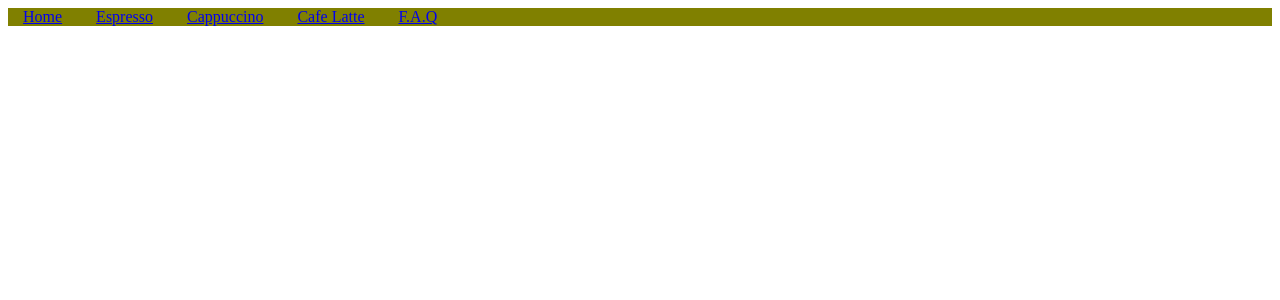
Repository: Gmajorlist/HTML
Page: css/src/main/webapp/06_cssDecorate/exam1.html
These files come from the project's save history. The page is drawn as it stood at one moment and after the next save; the edit follows.
The browser window is 1280 px wide. The pictures show the whole page.

Above is the page before, as saved 2023-03-16 03:02:35.

After the next save:
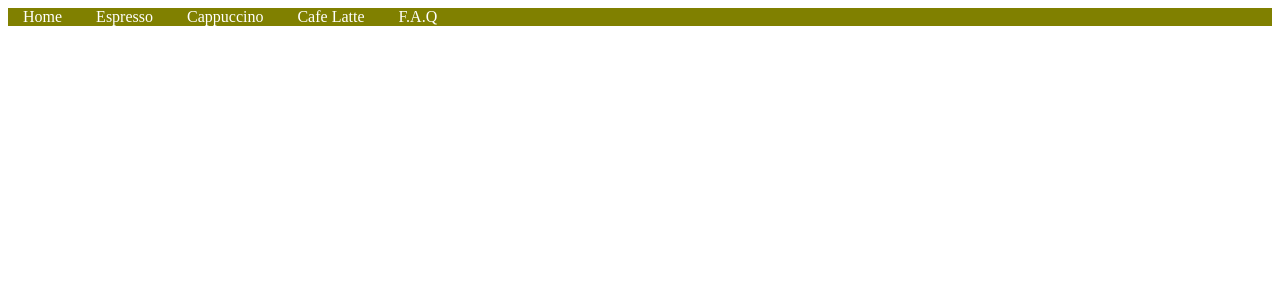
Saved 68 s later.
--- a/css/src/main/webapp/06_cssDecorate/exam1.html
+++ b/css/src/main/webapp/06_cssDecorate/exam1.html
@@ -18,6 +18,12 @@
 	list-style-type: none;
 	padding: 0 15px;
 }
+#menubar ul li a{
+	color:white;
+	text-decoration: none;
+
+
+}
 </style>
 </head>
 <body>
